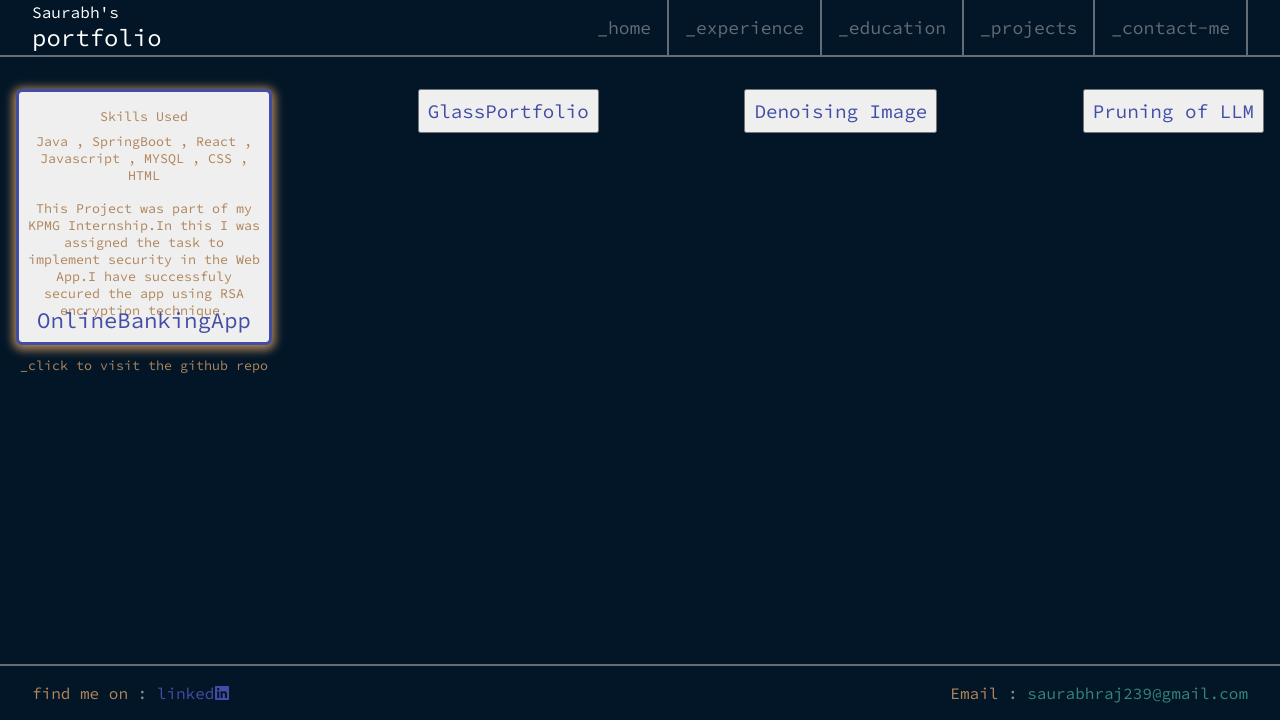
Repository: saurabhraj23/FrontendReactPortfolio
Page: /projects
An editor plug-in stored every save of this project. The page is shown before and after the next save, followed by the edit.
The browser window is 1280 px wide. The pictures show the whole page.
The pointer rests on the first visible `.project-item`.
The project was rebuilt for these pictures with package versions that can differ from the ones it lists, and the page was loaded fresh each time. Also part of the build but not shown: vite.config.js, src/components/Education.jsx, src/components/Experience.jsx, src/components/Contacts.jsx, src/styles/default-page.css, src/components/DefaultPage.jsx.

Above is the page before, as saved 2024-07-23 14:44:30.

### index.html
<!doctype html>
<html lang="en">
  <head>
    <meta charset="UTF-8" />
    <link rel="icon" type="image/svg+xml" href="" />
    <meta name="viewport" content="width=device-width, initial-scale=1.0" />
    <title>Saurabh's portfolio</title>
  </head>
  <body>
    <div id="root"></div>
    <script type="module" src="/src/main.jsx"></script>
  </body>
</html>

### src/App.jsx
import React from "react";
import { BrowserRouter as Router, Route, Routes } from "react-router-dom";
import "./styles/App.css";
import Home from "./components/Home";
import Education from "./components/Education";
import Experience from "./components/Experience";
import Contacts from "./components/Contacts";
import Projects from "./components/Projects";
import Heading from "./components/Heading";
import Footer from "./components/Footer";
import DefaultPage from "./components/DefaultPage";

function App() {
  return (
    <div className="main">
      <Router>
        <Heading />
        <Routes>
          <Route path="/" element={<Home />}>
            <Route path="/" element={<DefaultPage />} />
            <Route path="/education" element={<Education />} />
            <Route path="/experience" element={<Experience />} />
            <Route path="/contacts" element={<Contacts />} />
            <Route path="/projects" element={<Projects />} />
          </Route>
        </Routes>
        <Footer />
      </Router>
    </div>
  );
}

export default App;

### src/styles/App.css
@import "./color.css";
@import "./experience.css";
@import "./education.css";
@import "./project.css";
@import "./header.css";
@import "./contact-me.css";
@import "./footer.css";
@import "./default-page.css";


*{
  margin:0;
  padding: 0;
  box-sizing: border-box;
  font-family: "Source Code Pro";
  font-weight: 400;
}

.main{
  background-color: var(--bg-color);
  color: var(--primary-white);
  height: 100vh;
  width: 100%;
  display: grid;
  grid-template-rows: 1fr 8fr 1fr;
  grid-template-columns: 4fr 3fr;
padding: 0;
}

### src/components/Home.jsx
import React from "react";
import { Outlet } from "react-router-dom";

function Home() {
  return (
    <>
      <Outlet />
    </>
  );
}

export default Home;

### src/components/Projects.jsx
import React from "react";
import "../styles/App.css";
import { Link } from "react-router-dom";
import py from "../assets/py.png";
function Projects() {
  return (
    <>
      <div className="projects-left-side"></div>
      <div className="projects-right-side">
        <Link to={"https://github.com/saurabhraj23/OnlineBankingAppKPMG"}>
          <button className="project-item">
            <span>
              <span className="skills">
                <span className="skill-heading">Skills Used</span>
                <span>
                  Java , SpringBoot , React , Javascript , MYSQL , CSS , HTML
                </span>
              </span>
              <span>
                This Project was part of my KPMG Internship.In this I was
                assigned the task to implement security in the Web App.I have
                successfuly secured the app using RSA encryption technique.
              </span>
            </span>
            <span>OnlineBankingApp</span>
          </button>
        </Link>
        <Link to={"https://github.com/saurabhraj23/Glass-Portfolio"}>
          <button className="project-item">
            <span>
              <span className="skills">
                <span className="skill-heading">Skills Used :</span>
                <span>HTML , CSS , Javascript</span>
              </span>
              <span>
                The Website consists of some animation with glass design
                interface.Javascript DOM is used to perform click event.CSS
                property is extensively used to give the portfolio website a
                desirable look.
              </span>
            </span>
            <span>GlassPortfolio</span>
          </button>
        </Link>
        <Link to={"https://github.com/saurabhraj23/Denoising-Image"}>
          <button className="project-item">
            <span>
              <span className="skills">
                <span className="skill-heading">Skills Used</span>
                <span>Python , OpenCV</span>
              </span>
              <span>
                This project was meant to remove the periodic noise from the
                image by using Butterworth Low Pass Filter.
              </span>
            </span>
            <span>Denoising Image</span>
          </button>
        </Link>
        <Link to={"https://github.com/saurabhraj23/Pruning"}>
          <button className="project-item">
            <span>
              <span className="skills">
                <span className="skill-heading">Skills Used :</span>
                <span>Python , Flask , HuggingFace-cli , Linux</span>
              </span>
              <span>
                The Project aimed to demonstrate the capabilities of Kortex in
                enhancing AI-based operations within KPMG.I successfully
                completed the tasks assigned to me by implementing User
                Management functionalities , Optimizing and Prunining LLM models
                within Kortex.
              </span>
            </span>
            <span> Pruning of LLM</span>
          </button>
        </Link>
      </div>
    </>
  );
}

export default Projects;

### src/components/Heading.jsx
import React from "react";
import Navbar from "./Navbar";
function Heading() {
  return (
    <header className={"heading"}>
      <h2>
        <h6>Saurabh's</h6>
        portfolio
      </h2>
      <Navbar />
    </header>
  );
}

export default Heading;

### src/components/Footer.jsx
import React from "react";
import { Link } from "react-router-dom";
import { FaLinkedin } from "react-icons/fa";

function Footer() {
  return (
    <footer className="footer">
      <div>
        <span>find me on</span> <span>&nbsp;:</span>
        <Link to={"https://www.linkedin.com/in/saurabhraj239/"}>
          <span>
            &nbsp;linked
            <FaLinkedin />
          </span>
        </Link>
      </div>
      <div>
        <span>Email</span> <span> :</span>
        <span> saurabhraj239@gmail.com</span>
      </div>
    </footer>
  );
}

export default Footer;

### src/styles/color.css
@import url('https://fonts.googleapis.com/css2?family=Source+Code+Pro:ital,wght@0,200..900;1,200..900&display=swap');

:root {
--bg-color:#031627;
--primary-white:#fff;
--primary-dark:#d3d0d076;
--secondary-blue:#424ea6;
--tertiary-green:#37857e;
--tertiary-green-dark:#77E4C8;
--tertiary-brown-light:#D4BDAC;
--tertiary-orange:#b0855a;

}

### src/styles/experience.css
@import "./color.css";

.experience-left-side{
  display: none;
}
.experience-right-side{
  margin: 2rem;
  grid-column: 1/3;

}
.experience-right-side > div:first-child{
  display: flex;
  justify-content: space-between;
}
.experience-right-side>div:first-child>span:nth-child(2) span{
display: inline-block;
}
.experience-right-side>div:first-child>span:nth-child(2)>span:nth-child(2){
  animation: present 2s infinite alternate ease-in-out;

}

@keyframes present {
  from{

    opacity: 0;
  }
  to{

    opacity: 1;
  }
}

.experience-right-side>div:first-child>span:first-child{
  font-size: 1.4rem;
  color: var(--secondary-blue);
  font-weight: 600;
  margin-bottom: 3rem;
  text-decoration: underline;
}

.experience-right-side span{
  display: block;
}

.internship-details{
  display: flex;
  flex-direction: column;
}
.internship-details>span:first-child{
  font-size: 1.2rem;
  color: var(--tertiary-green);
  font-weight: 600;
  letter-spacing: 0.2rem;
  margin-bottom:1rem ;


}
.internship-details>span:nth-child(2){
  /* letter-spacing: 0.1rem; */
  color: var(--tertiary-brown-light);

}

.internship-details>span:nth-child(2)>span:first-child{
  font-size: 1.1rem;
  font-weight: 500;
  color: var(--tertiary-orange);

}


.internship-details>span:first-child span{
  display: inline-block;

}

.internship-details>span:nth-child(2)>span:first-child{
  letter-spacing: 0.2rem;
}

.internship-details>span:first-child>span:first-child{
  animation: arrowMove 1.6s infinite alternate ease-in-out;
  }

.fte-details{
  display: flex;
  flex-direction: column;
  margin-top: 2rem;

}
.fte-details>span:first-child{
  font-size: 1.2rem;
  color: var(--tertiary-green);
  font-weight: 600;
  letter-spacing: 0.2rem;
  margin-bottom: 1rem;

}

.fte-details>span:nth-child(2){
  color: var(--tertiary-brown-light);
}

.fte-details>span:nth-child(2)>span:nth-child(1)>span:first-child{
  color: var(--tertiary-orange);
  font-size: 1.1rem;
  font-weight: 500;
  }

.fte-details>span:nth-child(2)>span:nth-child(2)>span:first-child{
  letter-spacing: 0.2rem;
}
.fte-details>span:nth-child(2)>span:nth-child(1)>span:first-child{
  letter-spacing: 0.2rem;
}

.fte-details>span:nth-child(2)>span:nth-child(2){
  margin-top: 1rem;
}
.fte-details>span:nth-child(2)>span:nth-child(2)>span:first-child{
font-size: 1.1rem;
font-weight: 500;
color: var(--tertiary-orange);
}

.fte-details>span:first-child span{
  display: inline-block;
}

.fte-details>span:first-child>span:first-child{
animation: arrowMove 1.6s infinite alternate ease-in-out;
}

@keyframes arrowMove {
  from{
    transform: translateX(-0.6rem);
  }
  to{
    transform: translateX(0);
  }
}

.current-working  span{
  display: inline-block;
  animation: colorChange 2s infinite alternate ease-in-out ;

}

@keyframes colorChange {
  from{
color: var(--tertiary-brown-light);
  }

  to{
    color: var(--primary-white);

  }
}
.current-working{
  display: flex;
  flex-direction: row;
}

### src/styles/education.css
 @import "./color.css";

.education-left-side{
  display: none;
}
.education-right-side{
  margin: 2rem ;
  grid-column: 1/3;

}

.education-right-side{
  display: flex;
  flex-direction: column;
}

.degrees{
  display: flex;
  justify-content: space-between;
  margin-bottom: 2rem;
}

.degrees>span:first-child>h2{
  color: var(--tertiary-orange);
}
.degrees>span:first-child>h4{
  color: var(--tertiary-green);
}
.degrees>span:first-child>h5{
  color: var(--tertiary-brown-light);
  font-weight: 600;
}

.degrees>span:first-child>h3{
  display: flex;
  flex-direction: row;
}

.degrees>span:first-child>h3>span:nth-child(2){
  color: var(--tertiary-green-dark);
  animation: passed 2s infinite alternate ease-in-out;
}

@keyframes passed {
  from{
opacity: 0;
  }
  to{
opacity: 1;
  }
}
.degrees span:first-child {
  display: flex;
  flex-direction: column;
  gap: 0.6rem;
}
.degree-year{
  color: var(--tertiary-orange);
}

### src/styles/project.css
.projects-left-side{
  border: 1px solid red;
  display: none;
}
.projects-right-side{
  grid-column: 1/3;
  padding: 1rem;
  display: flex;
  justify-content: space-between;
  text-decoration: none;
}

.projects-right-side > a{
  text-decoration: none;
}

.project-item{

}

.project-item:hover{
  width: 20vw;
  height: 20vw;
  display: flex;
  justify-content: center;
  align-items: center;
  position: relative;
  flex-direction: column;
  border-radius: 0.4rem ;
  border: none;
  cursor: pointer;
  box-shadow: 0 0.12rem 0.6rem 0.2rem var(--tertiary-orange);
  border: 0.20rem solid var(--secondary-blue);


}

.project-item span{
  display: inline-block;
  padding: 0.5rem;
}


.project-item>span:first-child{
  display: none;
}

.project-item:hover span:first-child{
  display: contents;
  color: var(--tertiary-orange);
  transition: all 2s;
}

.project-item>span:last-child{
  color: var(--secondary-blue);
transition: all 2s;
font-size: 1.2rem;
}

.project-item:hover >span:last-child{
  width: 100%;
  position: absolute;
  bottom: 0;
  text-align: center;
  font-size: 1.4rem;
  }

  .project-item:hover::before{
content: "_click to visit the github repo";
position: absolute;
bottom: -2rem;
color: var(--tertiary-orange);
  }

### src/styles/header.css
.heading{
  grid-column: 1/3;
  display: flex;
  justify-content: space-between;
  align-items: center;
  border-bottom: 0.16rem solid var(--primary-dark);
  padding:0 2rem;
  margin-bottom: 1rem;
  }

  nav button{
    padding: 1rem;
    background-color: transparent;
    cursor: pointer;
    font-size: large;
    color: var(--primary-dark);
    border: none;
    border-right: 0.16rem solid var(--primary-dark);
  }

  nav button:hover{
    color: var(--primary-white);
    box-shadow: inset 0 -0.16rem 0 0 var(--tertiary-green);

  }

  .active{
    /* box-shadow: inset 0 -0.16rem 0 0 var(--tertiary-green); */
    color: var(--tertiary-green);
  }

### src/styles/contact-me.css
@import "../styles/color.css";

.contact-me-left-side{
  display: none;
}

.contact-me-right-side{
  grid-column: 1/3;
  display: grid;
  grid-template-columns: 2fr 1.1fr;
padding:  0 2rem;
}

.contact-me-left{
  /* border: 1px solid green; */
  padding: 1rem 2rem;
display: flex;
flex-direction: column;
gap: 0.7rem;

}

.contact-me-right{
  background-color: var(--primary-white);
  border-radius: 3%;
  padding: 1rem 2rem;
  color: var(--tertiary-green);
}

.image{
display: flex;
flex-direction: column;
align-items: center;
justify-content: center;
position: relative;
}

.image>img{
  width: 40%;
  object-fit: contain;
  border-radius: 50%;
  position: relative;
  z-index: 10;
}

.contact-me-left>span:first-child {
  font-size: 2.2rem;
  letter-spacing: 0.4rem;
  font-weight: 500;
}
.contact-me-left>span:first-child span{
  font-size: 2rem;
  letter-spacing: 0.4rem;
  color: var(--tertiary-green-dark);
  font-weight: 500;

}

.contact-me-left span{
  font-size: 1rem;
}
.contact-me-left a{
  text-decoration: none;
}
.contact-me-left a:visited{
color: var(--primary-white);
}

.circle{
  /* border: 1px solid red; */
  width: 44%;
  padding-top: 44%;
  border-radius: 50%;
  position: absolute;
  background-color: var(--tertiary-green);
  /* transform: translateX(-4rem); */
  z-index: 8;
  animation: round 4s infinite alternate ease-in-out;
}

@keyframes round {
  from{
background-color: val(--bg-color);
transform: scale(0);
  }
  50%{
    background-color: val(--secondary-blue);
    transform: scale(0.9);
  }
  to{
    background-color: val(--tertiary-green);
    transform: scale(1);
  }
}

.contact-details>span:first-child{
color: var(--tertiary-green-dark);
}

form{
display: flex;
flex-direction: column;
font-size: larger;
letter-spacing: 0.1rem;


}
.contact-me-form-heading{
text-align: center;
font-size: 2rem;
  width: 100%;

padding: 0.6rem;
border-radius: 0.4rem;
letter-spacing: 0.2rem;
box-shadow: 0 0.12rem 0 0.2rem var(--tertiary-green);

}


.contact-me-form-heading>span{

}

.fields{
  display: flex;
  flex-direction: column;
  margin-top: 1.8rem;

}

.fields>input{
  height: 2rem;
  border: none;
  outline: none;
  border-bottom: 0.16rem solid var(--primary-dark);
  font-size: 1rem;
  box-sizing:border-box;
  padding: 0.6rem;
  letter-spacing: 0.1rem;


}

.fields>input:focus{
border-bottom: 0.2rem solid var(--tertiary-green);

}

form div:nth-of-type(5)>textarea{
/* height: 8rem; */
outline: 0.12rem solid var(--primary-dark);
border-radius: 0.4rem;
padding-left: 1rem;
margin-top: 1rem;
padding: 0;
border: none;
border-bottom: 0.16rem solid var(--primary-dark);
font-size: 1rem;
resize: none;
box-sizing: border-box;
padding:0.6rem ;
}

.fields>textarea:focus{
  /* border-bottom: 0.2rem solid var(--tertiary-green); */
  box-shadow: 0 0.2rem 0 0 var(--tertiary-green)

  }

form> button{
font-size: large;
padding: 0.6rem 0.6rem;
border-radius: 2rem;
border: none;
cursor: pointer;
color: var(--primary-white);
background-color: var(--tertiary-green);
margin-top: 1rem;
}

.radio{
  display: flex;
  flex-direction: row;
  justify-content: space-evenly;
padding-top: 2rem;
}

.radio>span>label{
margin-left: 1rem;
/* font-size: larger; */
}

.radio>span>input{
  scale: 1.2;
  }

### src/styles/footer.css
.footer{
  grid-column: 1/3;
  display: flex;
  flex-direction: row;
  justify-content: space-between;
  align-items: center;
  padding: 0 2rem;
  border-top: 0.16rem solid var(--primary-dark);
margin-top: 1rem;
}

.footer > div:first-child{
  display: flex;
  align-items: center;
  justify-content: center;
}

.footer > div:first-child > span:first-child{
  color: var(--tertiary-orange);
}
.footer > div:first-child > a>span{
  color: var(--secondary-blue);
  display: flex;
  align-items: center;
  justify-content: center;
}

.footer > div:nth-of-type(2) > span:nth-of-type(1){
  color: var(--tertiary-orange);
}
.footer > div:nth-of-type(2) > span:nth-of-type(3){
  color: var(--tertiary-green);
}

.footer>div:first-child >a{
text-decoration: none;
color: var(--secondary-blue);
}

.footer>div:first-child span:nth-child(2){
  animation: blink 2s infinite alternate linear;
}
.footer>div:last-child span:nth-child(2){
  animation: blink 2s infinite alternate linear;
  color: white;
}

@keyframes blink {
  from{
    opacity: 0;
  }
  to{
    opacity: 1;
  }
}

### src/components/Navbar.jsx
import React, { useRef, useState } from "react";
import { Link } from "react-router-dom";

function Navbar() {
  const navBar = [
    { path: "/", label: "_home" },
    { path: "/experience", label: "_experience" },
    { path: "/education", label: "_education" },
    { path: "/projects", label: "_projects" },
    { path: "/contacts", label: "_contact-me" },
  ];

  const [activeIndex, setActiveIndex] = useState(false);

  return (
    <nav>
      {navBar.map((element, idx) => (
        <Link key={idx} to={element.path}>
          <button
            className={activeIndex === idx ? "active" : ""}
            onClick={() => {
              setActiveIndex(idx);
            }}
          >
            {element.label}
          </button>
        </Link>
      ))}
    </nav>
  );
}

export default Navbar;

Loaded but not shown: src/main.jsx (common file); src/index.css (no stored copy; drawn as an empty file)

After the next save:
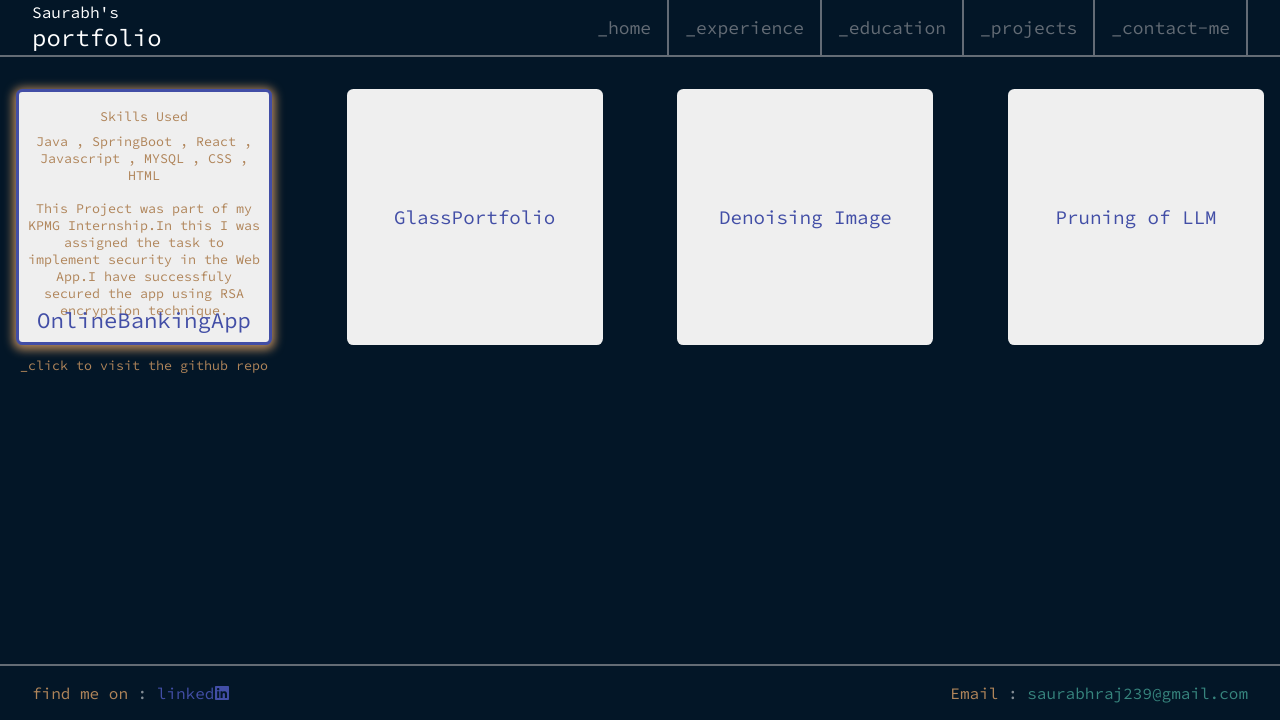
Saved 27 s later.
--- a/src/styles/project.css
+++ b/src/styles/project.css
@@ -15,10 +15,6 @@
 }
 
 .project-item{
-
-}
-
-.project-item:hover{
   width: 20vw;
   height: 20vw;
   display: flex;
@@ -28,6 +24,10 @@
   flex-direction: column;
   border-radius: 0.4rem ;
   border: none;
+}
+
+.project-item:hover{
+
   cursor: pointer;
   box-shadow: 0 0.12rem 0.6rem 0.2rem var(--tertiary-orange);
   border: 0.20rem solid var(--secondary-blue);
